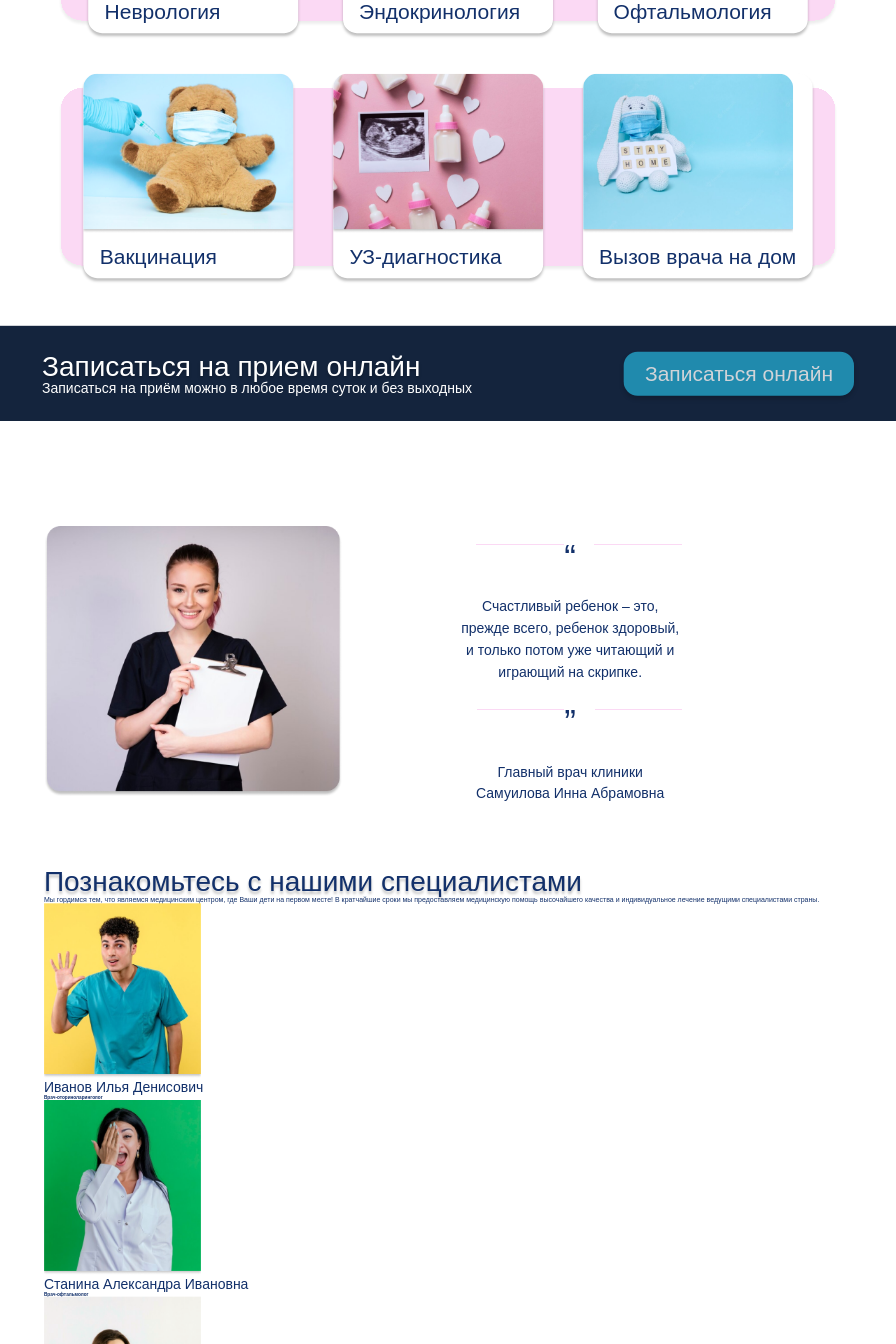
Repository: Normandy72/Landing-Page-Happy-Child
Page: index.html
These files come from the project's save history. The page is drawn as it stood at one moment and after the next save; the edit follows.
The browser window is 1280 px wide. The pictures show the part of the page from y = 2198 to 4118 px (the page is 8088 px tall), at 70% of full size.
Some web fonts or font styles are not loaded; a fallback is used.

Above is the page before, as saved 2022-11-12 14:35:47.

After the next save:
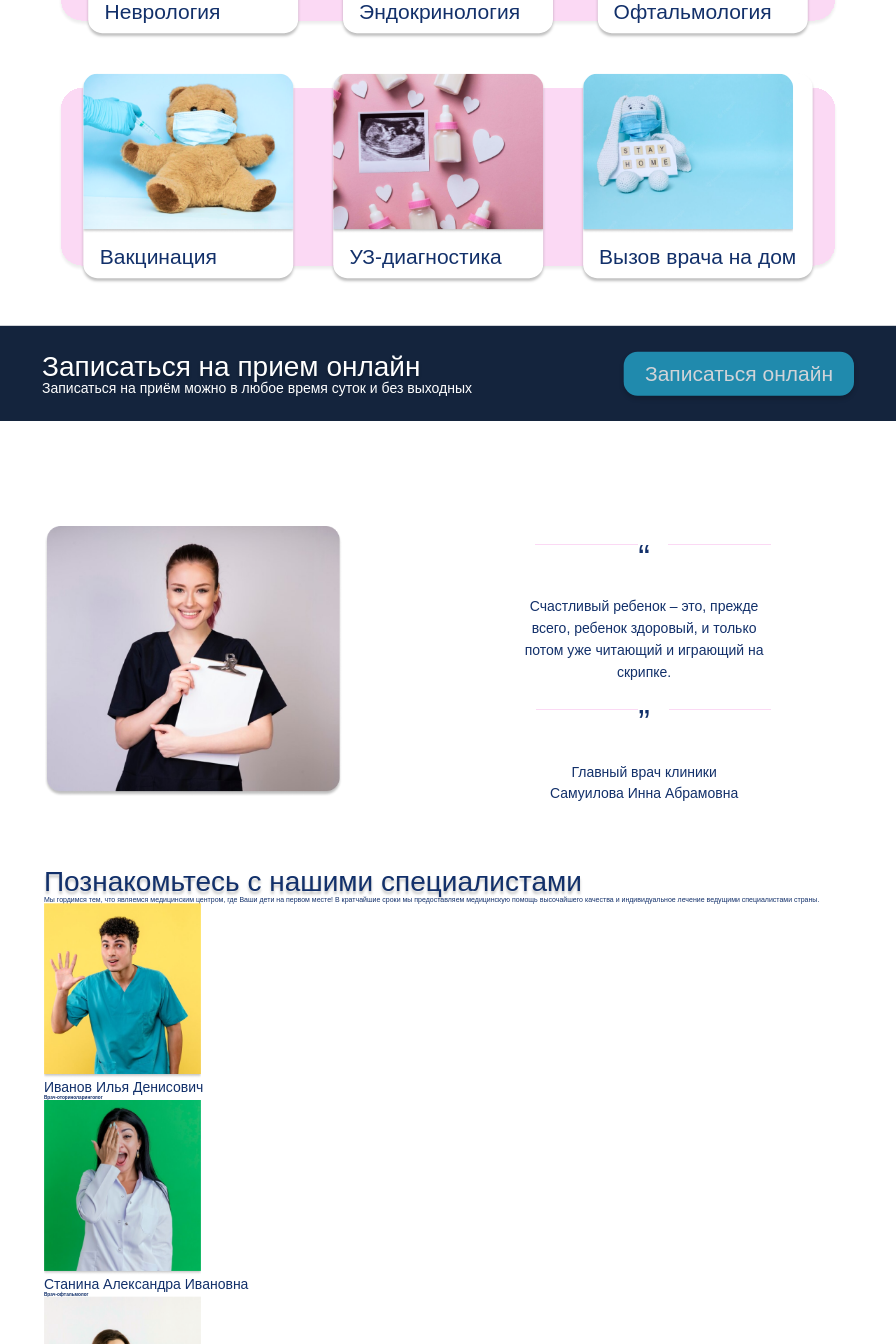
Saved 5 s later.
--- a/styles/section_chief.css
+++ b/styles/section_chief.css
@@ -1,7 +1,7 @@
 .section__chief{
     padding-top: 138px;
     padding-bottom: 88px;
-    padding-right: 20%;
+    padding-right: 10%;
 }
 
 .chief__foto{
